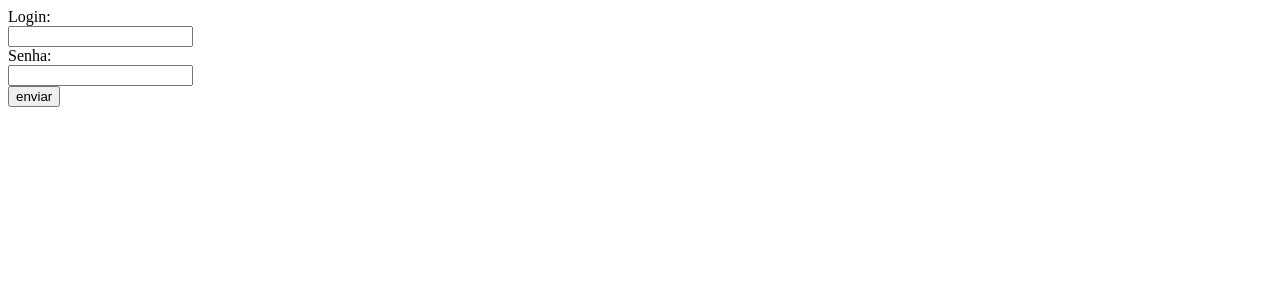
Repository: ygohamon/Java-Projeto-Ygohamon
Page: http://localhost/agenda-contato/index.jsp
These files come from the project's save history. The page is drawn as it stood at one moment and after the next save; the edit follows.
The browser window is 1280 px wide. The pictures show the whole page.
The page is served by Tomcat 9.

Above is the page before, as saved 2017-10-31 23:10:02.

After the next save:
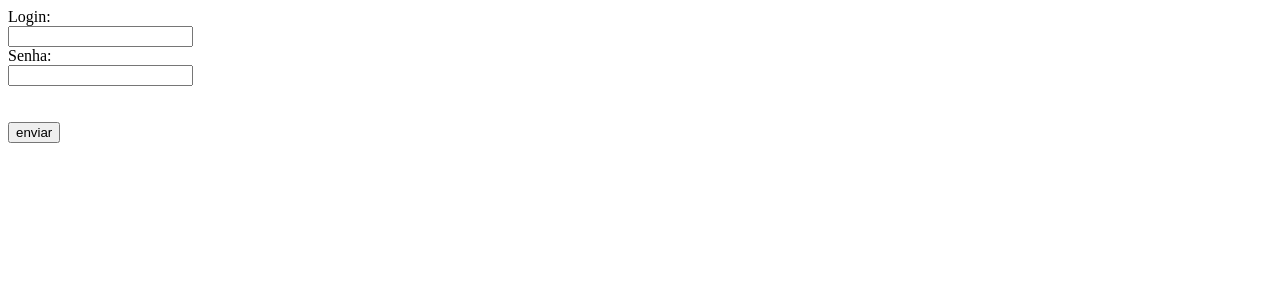
Saved 42 s later.
--- a/agenda-contato/WebContent/index.jsp
+++ b/agenda-contato/WebContent/index.jsp
@@ -7,7 +7,7 @@
 <body>
 <form action="CadastroContato" method="post">
 	Login:</br> <input type="text" name="login" id="login"></br>
-	Senha:</br> <input type="password" name="senha" id="senha"></br>
+	Senha:</br> <input type="password" name="senha" id="senha"></br></br></br>
 	<input type="submit" title="enviar" value="enviar">
 
 </form>
